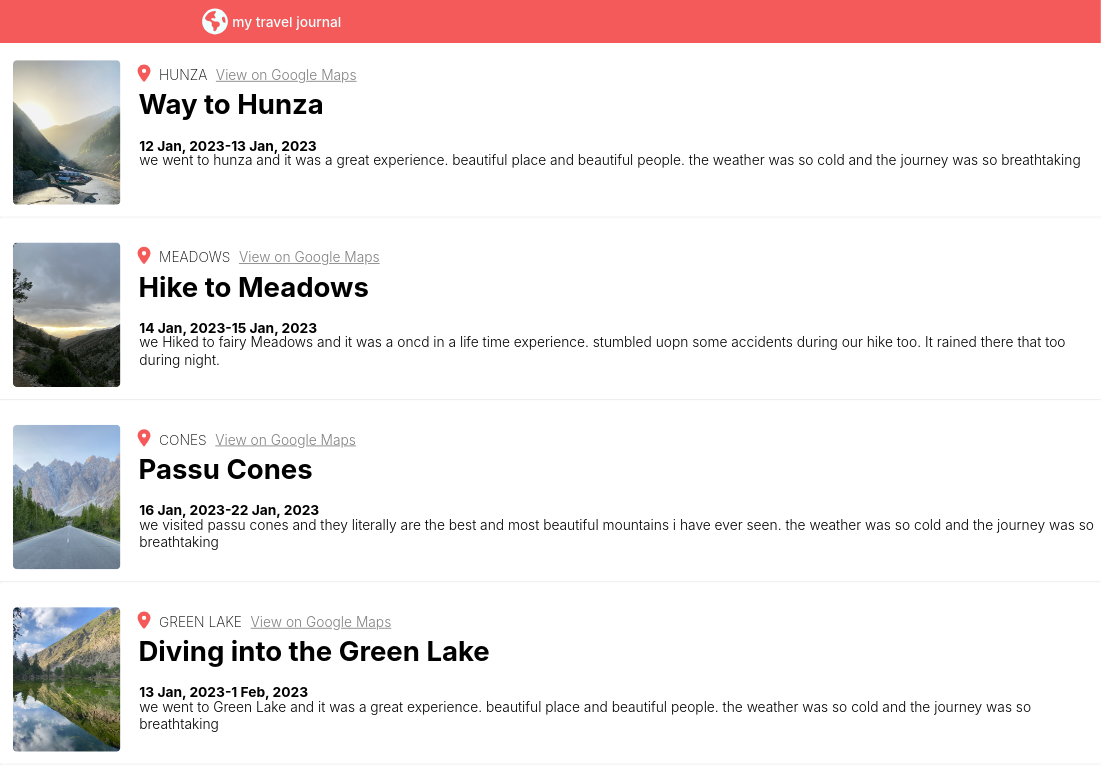
Repository: mortiestmorty1/travel-journal
Page: /
The author's editor kept a copy of each file at every save. The page is drawn from the files as they stood at one save, then again after the next save.
The browser window is 1280 px wide. The pictures show the whole page, at 86% of full size.
The project was rebuilt for these pictures with package versions that can differ from the ones it lists, and the page was loaded fresh each time.

Above is the page before, as saved 2024-01-17 15:55:46.

### src/index.css
body {
  margin: 0;
  font-family: -apple-system, BlinkMacSystemFont, 'Segoe UI', 'Roboto', 'Oxygen',
    'Ubuntu', 'Cantarell', 'Fira Sans', 'Droid Sans', 'Helvetica Neue',
    sans-serif;
  -webkit-font-smoothing: antialiased;
  -moz-osx-font-smoothing: grayscale;
}

code {
  font-family: source-code-pro, Menlo, Monaco, Consolas, 'Courier New',
    monospace;
}
* {
  box-sizing: border-box;
  }

### src/App.js
import logo from './logo.svg';
import './App.css';
import Navbar from "./components/navbar";
import Data from "./components/data.js";
import Content from "./components/content.js";

function App() {
  const  Memories = Data.map((item) => {
    return<Content
          key={item.id}
          item={item}
    />
  })
  return (
    <div className="App">
      <Navbar />
      {Memories}
    </div>
  );
}

export default App;

### src/App.css
.Nav-container{
    display: flex;
    justify-content: space-between;
    align-items: center;
    background-color: #F55A5A;
    height: 50px;
}
.navbar{
    display: flex;
    justify-content: space-between;
    align-items: center;
    background-color: #F55A5A;
    margin-left: 230px;
}
.title{
  color: azure;
  font-weight: 500;
  margin-left: 5px;
}
.earth{
  width: 30px;
  height: 30px;
  margin-left: 5px;
  color: azure;
}

.image{
  width: 125px;
  height: 168px;
  margin-left: 15px;
  color: azure;
  border-radius: 5px;
  margin-top: 20px;
}
.content-container{
  position: relative;
}
.section1{
  position: absolute;
  left: 150px;
  bottom: 77%;
}
.section1 :nth-child(1)
{
  margin-left: 10px;
  color: #F55A5A;
  height: 20px;
}
.section1 :nth-child(2)
{
  margin-left: 10px;
  font-weight: 200;
}
.section1 :nth-child(3)
{
  margin-left: 10px;
  font-weight: 300;
  color: grey;
}

.Title{
  position: absolute;
  left: 161px;
  bottom: 45%;
}
.section2{
  position: absolute;
  left: 162px;
  bottom: 37%;
  font-weight: bold;
}
.description{
  position: absolute;
  left: 162px;
  top: 110px;
  margin-right: 5px;
  font-weight: 300;
}
.content-container hr{
  opacity: 20%;
  margin-top: 10px;
}

### src/components/navbar.js
import React from "react";
import { FontAwesomeIcon } from "@fortawesome/react-fontawesome";
import { faEarth } from "@fortawesome/free-solid-svg-icons";
import "../App.css";

function Navbar(){
    return(
        <div className="Nav-container">
            <nav className="navbar">
                <FontAwesomeIcon icon={faEarth} className="earth"></FontAwesomeIcon>
                <span className="title">
                        my travel journal
                </span>
            </nav>
        </div>
    )
}
export default Navbar;

### src/components/data.js
import Hunza from "./way-to-hunza.jpeg";
import Meadows from "./way-to-meadows.jpeg";
import Cones from "./cones.jpeg";
import Glake from "./green-lake.jpeg";

export default [
    {
        id:1,
        img: Hunza,
        location: "HUNZA",
        googlelink: "https://www.google.com/maps/place/Hunza+Valley,+Gilgit-Baltistan,+Pakistan/",
        Title: "Way to Hunza",
        datestart:"12 Jan, 2023",
        dateend: "13 Jan, 2023",
        description:"we went to hunza and it was a great experience. beautiful place and beautiful people. the weather was so cold and the journey was so breathtaking"
    }
    ,
    {
        id:2,
        img: Meadows,
        location: "MEADOWS",
        googlelink: "https://www.google.com/maps/place/Meadows,+Gilgit-Baltistan,+Pakistan/",
        Title: "Hike to Meadows",
        datestart:"14 Jan, 2023",
        dateend: "15 Jan, 2023",
        description:"we Hiked to fairy Meadows and it was a oncd in a life time experience. stumbled uopn some accidents during our hike too. It rained there that too during night."
    }
    ,
    {
        id:3,
        img: Cones,
        location: "CONES",
        googlelink: "https://www.google.com/maps/place/Cones,+Gilgit-Baltistan,+Pakistan/",
        Title: "Passu Cones",
        datestart:"16 Jan, 2023",
        dateend: "22 Jan, 2023",
        description:"we visited passu cones and they literally are the best and most beautiful mountains i have ever seen.  the weather was so cold and the journey was so breathtaking"
    }
    ,
    {
        id:4,
        img: Glake,
        location: "GREEN LAKE",
        googlelink: "https://www.google.com/maps/place/Green+Lake,+Gilgit-Baltistan,+Pakistan/",
        Title: "Diving into the Green Lake",
        datestart:"13 Jan, 2023",
        dateend: "1 Feb, 2023",
        description:"we went to Green Lake and it was a great experience. beautiful place and beautiful people. the weather was so cold and the journey was so breathtaking"
    }
]

### src/components/content.js
import React from "react";
import { FontAwesomeIcon } from "@fortawesome/react-fontawesome";
import { faLocationDot } from "@fortawesome/free-solid-svg-icons";
import "../App.css";
function Content(props){

    return(
        <div className="content-container">
            <img className="image" src={props.item.img}>
            </img>
            <div className="section1">
                <FontAwesomeIcon icon={faLocationDot} className="Location"></FontAwesomeIcon>
                <span className="location">
                    {props.item.location}
                </span>
                <a href={props.item.googlelink}>View on Google Maps</a>
            </div>
            <h1 className="Title">{props.item.Title}</h1>
            <div className="section2">
                <span className="date-start">{props.item.datestart}</span>
                -
                <span className="date-end">{props.item.dateend}</span>
            </div>
            <p className="description">{props.item.description}</p>
            <hr></hr>
        </div>
    )
}

export default Content;

Loaded but not shown: public/index.html (common file); src/index.js (common file); src/reportWebVitals.js (common file)

After the next save:
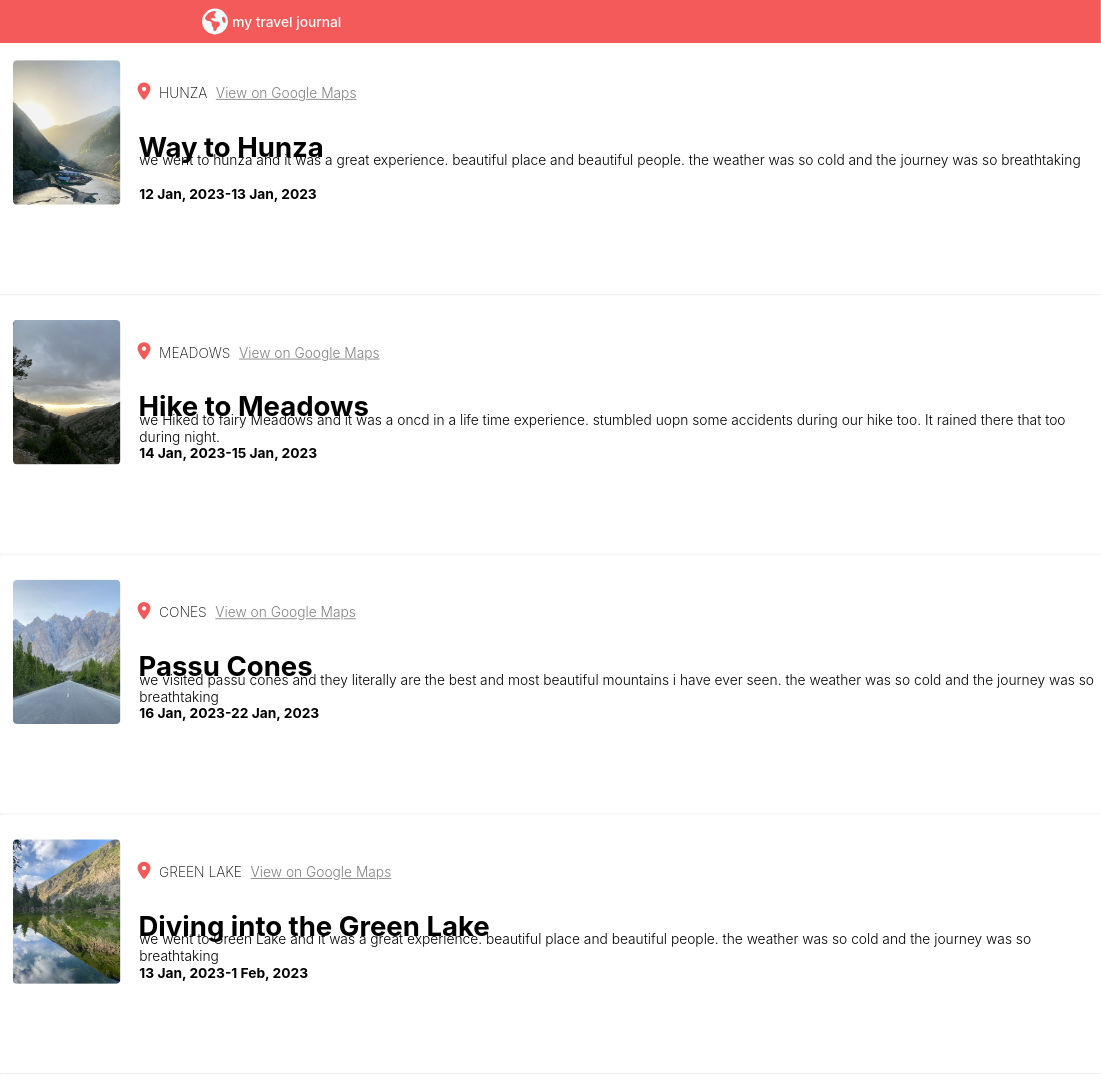
Saved 10 s later.
--- a/src/App.css
+++ b/src/App.css
@@ -78,5 +78,5 @@
 }
 .content-container hr{
   opacity: 20%;
-  margin-top: 10px;
+  margin-top: 100px;
 }

After the save that followed:
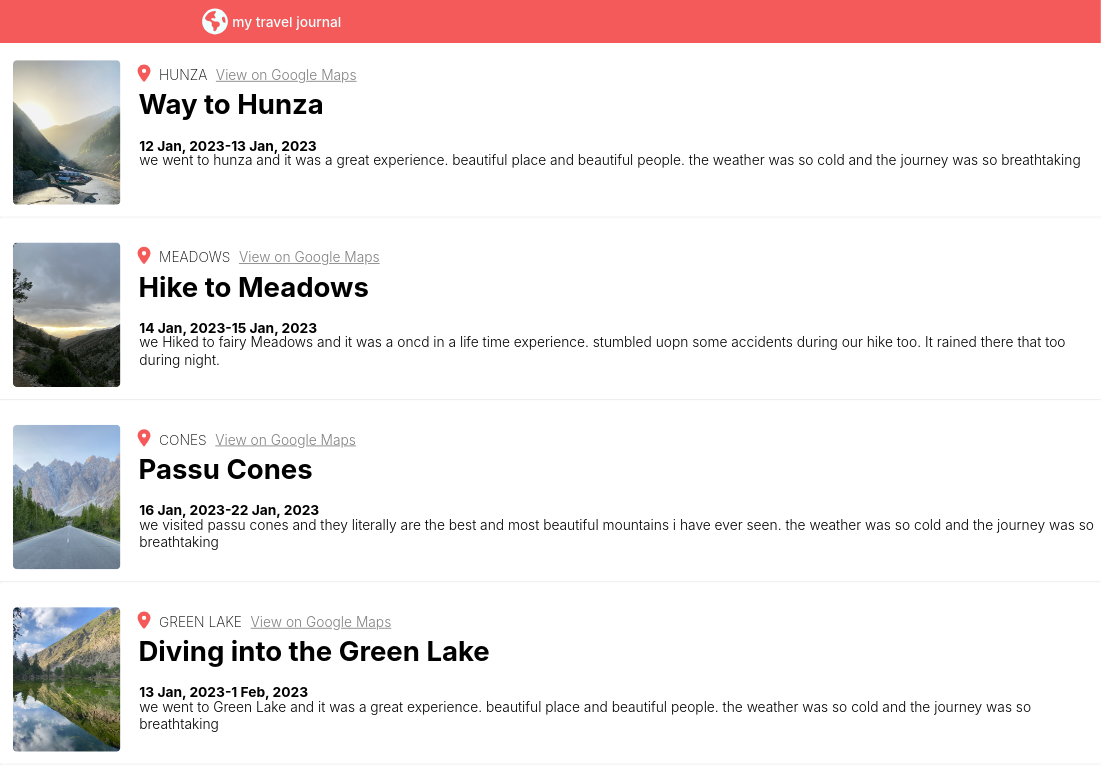
Saved 13 s later.
--- a/src/App.css
+++ b/src/App.css
@@ -78,5 +78,5 @@
 }
 .content-container hr{
   opacity: 20%;
-  margin-top: 100px;
+  margin-top: 10px;
 }
